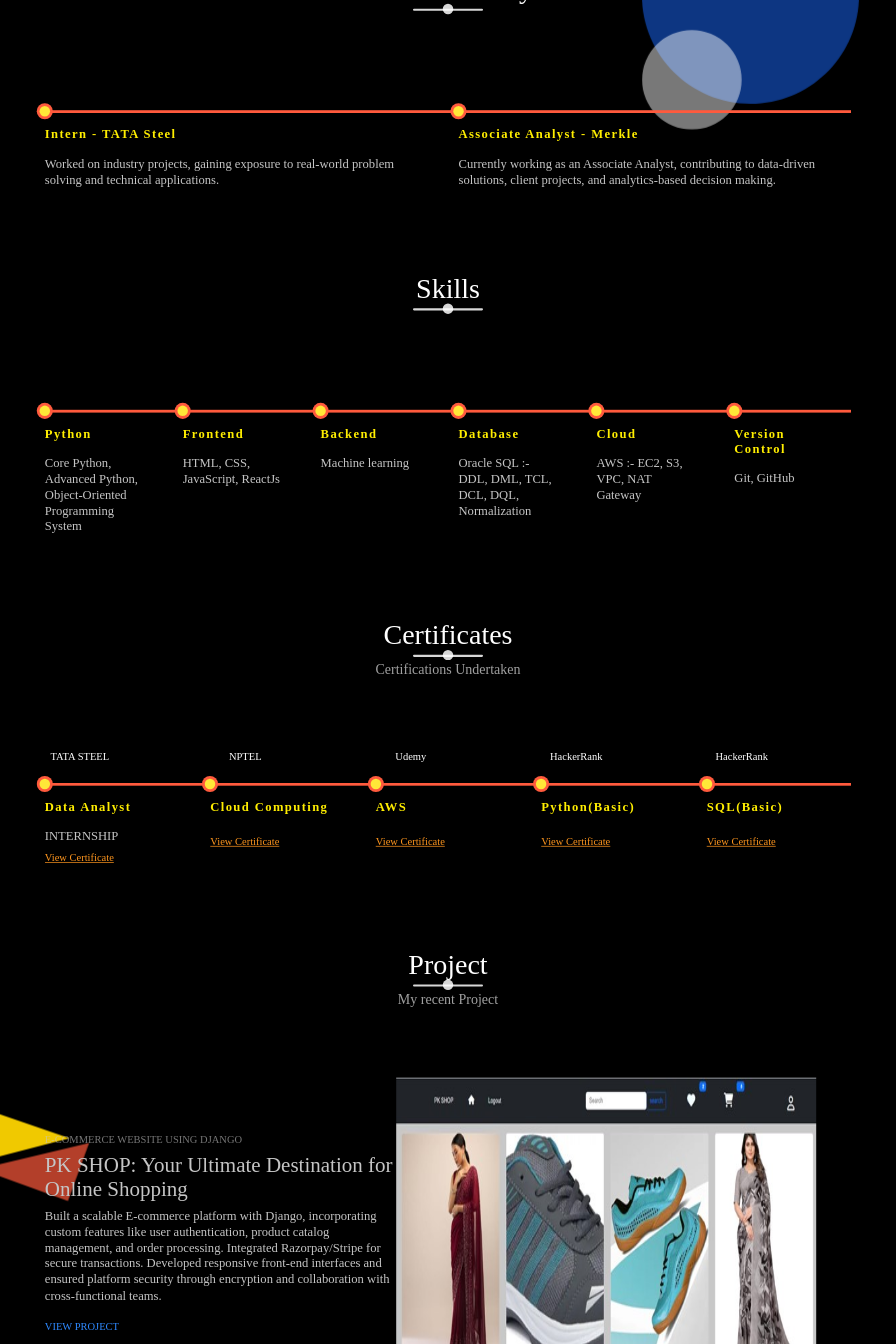
Repository: purushottam7660/Portfolio
Page: index.html
An editor plug-in stored every save of this project. The page is shown before and after the next save, followed by the edit.
The browser window is 1280 px wide. The pictures show the part of the page from y = 1308 to 3228 px (the page is 6882 px tall before and 6904 px after), at 70% of full size.
A picture or video elsewhere on the page could not be fetched, so the positions and the page height are approximate. Some web fonts or font styles are not loaded; a fallback is used.

Above is the page before, as saved 2025-08-16 13:23:54.

### index.html
<!DOCTYPE html>
<html lang="en">

<head>
    <meta charset="UTF-8">
    <meta name="viewport" content="width=device-width, initial-scale=1">

    <title>Purushottam Kumar</title>
    <link rel="stylesheet" href="https://unpkg.com/aos@next/dist/aos.css" />
    <link rel="stylesheet" href="https://use.fontawesome.com/releases/v5.7.2/css/all.css"
        integrity="sha384-fnmOCqbTlWIlj8LyTjo7mOUStjsKC4pOpQbqyi7RrhN7udi9RwhKkMHpvLbHG9Sr" crossorigin="anonymous">
    <link rel="stylesheet" href="main.css">
    <link rel='icon' href='favicon.ico' type='image/x-icon'/>
    <link href="//db.onlinewebfonts.com/c/bd317adf74e5e7e564eb61ce9926cc6d?family=Gotham" rel="stylesheet" type="text/css"/>
    <link href="//db.onlinewebfonts.com/c/9a2bc11be56851dde98c1b49302cc21a?family=Gotham+Medium" rel="stylesheet" type="text/css"/>
    <link href="//db.onlinewebfonts.com/c/0923ee644c97a87d70269aa80a6f1e79?family=The+Historia+Demo" rel="stylesheet" type="text/css"/>
    <meta name="google-site-verification" content="9P7lBLkCpxEcZAig0uq5LQzN-YUIhlLA37V1Gj3avcg" />

</head>

<body>
    <header>
        <div class="left-circ" >
                <img src="Group 1953.svg" alt="" >
            </div>
            <div class="circle-img" >
                <img src="Group 1951.svg" alt="" >
            </div>
        <div class="menu-toggler">
            <div class="bar half start"></div>
            <div class="bar"></div>
            <div class="bar half end"></div>
        </div>
        <nav class="top-nav">
            <ul class="nav-list">
                <li>
                    <a href="index.html" class="nav-link">Home</a>

                </li>
                <li>
                    <a href="#about" class="nav-link">About</a>

                </li>
                <li>
                    <a href="#services" class="nav-link">Certificates</a>

                </li>
                <li>
                    <a href="#portfolio" class="nav-link">Project</a>

                </li>
                <li>
                    <a href="#experience" class="nav-link">Education</a>

                </li>
                <li>
                    <a href="#experience" class="nav-link">Contact</a>

                </li>

            </ul>
        </nav>
        <div class="landing-text">
            <h1>Purushottam Kumar</h1>
            <h6>Associate Analyst</h6>
            <div class="scrolldown">
                <span></span>
                <span></span>
                <span></span>
            </div>
        </div>

    </header>

    <section class="about" id="about">
        <div class="container">
            <div class="profile-img" >
                <img src="./Me.jpg"  data-aos="fade-up" data-aos-delay="300ms">

            </div>
            <div class="skills-img" >
                <img src="blackball.svg" alt="" >
            </div>

            <div class="about-details" data-aos="fade-up" data-aos-delay="300ms" >
                <div class="about-heading">
                    <h1>About</h1>
                    <h6>Myself</h6>
                </div>
                <br>
                <h3> Hi! This is Purushottam Kumar. </h3>
                <br>
                <p>
                   Associate Analyst @Merkel

                    <br>
                    <br>
                    <a href="https://drive.google.com/file/d/165yn6GBqy3xRHl08g18MrKQxIV79vI6r/view?usp=sharing" class="cta" target="_blank">Checkout my Resume</a>


                </p>
                <br>

                <address>Contact me here <a href="purushottam7660@gmail.com" > purushottam7660@gmail.com </a>
                </address>

                <div class="social-media"  >
                    <ul class="nav-list"  >
                        <li>
                            <a href="https://www.linkedin.com/in/purushottam-kumar-a3a2491b3/" class="icon-link" target="_blank">
                                <i class="fab fa-linkedin"></i>
                            </a>
                        </li>
                        <li>
                            <a href="https://github.com/purushottam7660" class="icon-link" target="_blank">
                                <i class="fab fa-github-square"></i>
                            </a>
                        </li>
                        <li>
                            <a href="https://www.hackerrank.com/profile/Purushottam7660" target="_blank">
                                <i class="fab fa-hackerrank"></i>
                            </a>
                        </li>
                        <li>
                            <a href="https://www.instagram.com/purushottam115/" target="_blank">
                                <i class="fab fa-instagram"></i>
                            </a>
                        </li>
                        <li>
                            <a href="https://www.snapchat.com/add/" target="_blank">
                                <i class="fab fa-snapchat-square"></i>
                            </a>
                        </li>

                        <!-- <li>
                            <a href="https://leetcode.com/akgupta2075/" class="icon-link">
                                <i class="fab fa-behance-square"></i>
                            </a>
                        </li> -->
                        <!-- <li>
                            <a href="https://medium.com/@tejasvi_soi" class="icon-link">
                                <i class="fab fa-medium"></i>
                            </a>
                        </li> -->

                    </ul>
                </div>

            </div>

        </div>
    </section>
    <section class="career" id="career">
        <div class="container">
            <div class="section-heading">
                <h1>Career Journey</h1>
            </div>

            <div class="my-skills">
                <div class="skill" data-aos="fade-right" data-aos-delay="300ms">
                    <h3>Intern - TATA Steel</h3>
                    <p>Worked on industry projects, gaining exposure to real-world problem solving and technical
                        applications.</p>
                </div>

                <div class="skill" data-aos="fade-right" data-aos-delay="600ms">
                    <h3>Associate Analyst - Merkle</h3>
                    <p>Currently working as an Associate Analyst, contributing to data-driven solutions, client projects,
                        and analytics-based decision making.</p>
                </div>
            </div>
        </div>
    </section>



    <section class="skills" id="skills">
    <div class="container">
        <div class="section-heading">
            <h1>Skills</h1>
            <!-- <h6>My Python Full Stack Development Skills</h6> -->
        </div>

        <div class="my-skills">
            <div class="skill" data-aos="fade-right" data-aos-delay="300ms">
                <h3>Python</h3>
                <p>Core Python, Advanced Python, Object-Oriented Programming System</p>
            </div>

            <div class="skill" data-aos="fade-right" data-aos-delay="600ms">
                <h3>Frontend</h3>
                <p>HTML, CSS, JavaScript, ReactJs</p>
            </div>

            <div class="skill" data-aos="fade-right" data-aos-delay="900ms">
                <h3>Backend</h3>
                <p> Machine learning</p>
            </div>

            <div class="skill" data-aos="fade-right" data-aos-delay="1200ms">
                <h3>Database</h3>
                <p>Oracle SQL :- DDL, DML, TCL, DCL, DQL, Normalization</p>
            </div>

            <div class="skill" data-aos="fade-right" data-aos-delay="900ms">
                <h3>Cloud</h3>
                <p> AWS :- EC2, S3, VPC, NAT Gateway</p>
            </div>

            <div class="skill" data-aos="fade-right" data-aos-delay="1500ms">
                <h3>Version Control</h3>
                <p>Git, GitHub</p>
            </div>

            </div>
        </div>
    </section>


    <section class="services" id="services" >

        <div class="container">
            <div class="services-img" >
                <img src="Rectangle 5651.svg" alt="" >
            </div>
            <div class="section-heading" >
                <h1>Certificates</h1>
                <h6>Certifications Undertaken</h6>
            </div>

            <div class="my-skills" data-aos="fade-right" data-aos-delay="100ms">
                <div class="skill" data-date="TATA STEEL"  data-aos="fade-right" data-aos-delay="300ms">

                    <h3>Data Analyst</h3>
                    <p>
                        INTERNSHIP
                    </p>
                    <br>
                    <a href="https://drive.google.com/file/d/1CfXKXl8S87-Uqk5XjmIV3m66L2Rnr3qc/view?usp=sharing"class="cta">View Certificate</a>
                </div>
                <div class="skill" data-date="NPTEL" data-aos="fade-right" data-aos-delay="600ms">

                    <h3>Cloud Computing</h3>
                    <p>

                    </p>
                    <br>
                    <a href="https://drive.google.com/file/d/12JIj-hmUDqzL3e5l1pUjtZGyqBs8_5lm/view?usp=sharing" class="cta">View Certificate</a>
                </div>

                <div class="skill" data-date="Udemy" data-aos="fade-right" data-aos-delay="900ms">

                    <h3> AWS </h3>
                    <p>

                    </p>
                    <br>
                    <a href="https://drive.google.com/file/d/1rp1tauTbMgCd7x8rF2W_imO4-MThdTXQ/view?usp=sharing" class="cta">View Certificate</a>
                </div>

                <div class="skill" data-date="HackerRank" data-aos="fade-right" data-aos-delay="1200ms">

                    <h3>Python(Basic)</h3>
                    <p>

                    </p>
                    <br>
                    <a href="https://www.hackerrank.com/certificates/4d5b223e8351" class="cta" >View Certificate</a>
                </div>

                <div class="skill" data-date="HackerRank" data-aos="fade-right" data-aos-delay="1200ms">

                    <h3> SQL(Basic)</h3>
                    <p>

                    </p>
                    <br>
                    <a href="https://www.hackerrank.com/certificates/5d3e51e30cd5" class="cta">View Certificate</a>
                </div>
            </div>

            </div>
        </div>
    </section>

    <section class="portfolio" id="portfolio">
        <div class="container">
            <div class="section-heading">
                <h1>Project</h1>
                <h6>My recent Project</h6>
            </div>
            <div class="portfolio-item" data-aos="fade-in" data-aos-duration="300ms">
                <div class="portfolio-description">
                    <h6>E-commerce Website using Django</h6>
                    <h1>PK SHOP: Your Ultimate Destination for Online Shopping</h1>
                    <p>
                        Built a scalable E-commerce platform with Django, incorporating custom features like user authentication, product catalog management, and order processing. Integrated Razorpay/Stripe for secure transactions. Developed responsive front-end interfaces and ensured platform security through encryption and collaboration with cross-functional teams.                    </p>
                    <a href="https://github.com/" class="cta">View Project</a>
                </div>
                <div class="portfolio-img has-margin-right"><img src="./PK SHOP.jpg" alt="" style="height: 450px; width: 600px;"></div>
            </div>

<br>
<br>


            <div class="portfolio-item" data-aos="fade-in" data-aos-duration="300ms">
                <div class="portfolio-img has-margin-right">
                    <img src="./telecome_project.png" alt=""style="height: 450px; width: 600px;">
                </div>
                <div class="portfolio-description">
                    <h6>Python</h6>
                    <h1>Telecom Churn Estimation Using Machine Learning</h1>
                    <p> Organizations today face intense competition in delivering advanced Quality of Service (QoS) to attract customers. Implementing efficient customer relationship management systems, supported by machine learning models like support vector machines and Random Forest algorithms, proves instrumental in customer retention and overall business profitability. Addressing challenges such as customer churn and aligning consumer expectations with product performance, organizations can strategically enhance product quality, improve brand portfolio, and optimize profit-driven feature selection in data mining and machine learning. <br>

                        Our approach involves implementing a computationally inexpensive Machine Learning algorithm for extracting insights from complex data patterns, resulting in high accuracy, time savings, and low complexities. Currently, we are actively engaged in data pre-processing, including evaluating column importance, eliminating unwanted data, and addressing null values and outliers. The ongoing cross-validation process ensures the robustness of every data column.
                        </p>
                    <a href="https://github.com/purushottam7660/TELECOM-CHURN-ESTIMATION-USING-MACHINE-LEARNING" class="cta">View Project</a>
                </div>
            </div>
<br>
<br>

            <div class="portfolio-item" data-aos="fade-in" data-aos-duration="300ms">
                <div class="portfolio-description">
                    <h6>INTERNSHIP</h6>
                    <h1>RH Treatment Time Prediction</h1>
                    <p>
                        Embark on a transformative machine learning journey with RH Treatment Time Prediction, exploring algorithms like Linear Regression, Decision Trees, Random Forest, and XG Boost. Acquire expertise in data pre-processing and model building, extracting valuable insights from challenges. Uncover the potency of supervised learning to predict treatment durations and join us in translating raw data into meaningful insights. Explore the dynamic intersection of data science and artificial intelligence to predict RH treatment times, harnessing the full potential of machine learning. Unravel intricate patterns and make informed decisions for optimized treatment durations.
                    </p>
                    <a href="https://github.com/" class="cta">View Project</a>
                </div>
                <div class="portfolio-img has-margin-right"><img src="./internship.png" alt="">
                </div>
            </div>

<br>
<br>

            <div class="portfolio-item" data-aos="fade-in" data-aos-duration="300ms">
                <div class="portfolio-img has-margin-right">
                    <img src="./3_tier_project.webp" alt="" style="height: 700px; width: 700px;">
                </div>
                <div class="portfolio-description has-margin-right">
                    <h6>Cloud Computing</h6>
                    <h1>
                        Hosting a 3-Tier Web Application Architecture on Amazon Web Services (AWS)</h1>
                    <p>
                        Discover a seamlessly hosted 3-tier web application on Amazon Web Services (AWS). This project intricately integrates vital AWS elements like VPC, ALB, and EC2, focusing on scalability, cost-effectiveness, and strong data security. Immerse yourself in the forefront of web application deployment, experiencing a fusion of cutting-edge technology and strategic architecture. This initiative marks a pivotal step into the future of cloud-based solutions, showcasing simplicity, efficiency, and innovation in web development.
                    </p>
                    <a href="https://docs.google.com/document/d/1dgbV1sPptQwEVhPD0u-hDz4tcvaEAjP5/edit?usp=sharing&ouid=102923793194469586786&rtpof=true&sd=true" class="cta">View Project</a>
                </div>
            </div>


            <div class="portfolio-item" data-aos="fade-in" data-aos-duration="300ms">
                <div class="portfolio-description">
                    <h6>Cloud Computing</h6>
                    <h1>Hosting a static website using Amazon web service </h1>
                    <p>
                        This comprehensive professional training report delves into the utilization of Amazon S3 as a robust solution for static website hosting and the integration of Route 53 for effective domain management. The report culminates with a thorough examination of the successful implementation and performance analysis, underscoring key aspects such as scalability, cost reduction, and enhanced data security measures. Throughout the project, a detailed overview is provided, encompassing the intricacies of static and dynamic websites, insights into AWS architecture, and a comprehensive understanding of Domain Name System (DNS) concepts. The emphasis on operational simplicity, business requirements, and the adoption of a highly scalable, resilient, and reliable website on Amazon Web Services adds depth to the project's significance.
                    </p>
                    <a href="https://docs.google.com/document/d/1BsOcGspHFqFBEX4XXZpwkwkMEkAuJe-A/edit?usp=sharing&ouid=102923793194469586786&rtpof=true&sd=true" class="cta">View Project</a>
                </div>
                <div class="portfolio-img has-margin-right"><img src="./static_website.png" alt="">
                </div>
            </div>
        </div>

    </div>
    </section>

    <section class="experience" id="experience">
        <div class="container" >
            <div class="section-heading">
                <h1>Education</h1>
                <h6></h6>
            </div>
            <div class="timeline" >
                <ul>
                    <li class="date" data-date="June 2019-Aug 2023" data-aos="fade-up" data-aos-duration="300ms">
                        <h1><a href="https://www.sathyabama.ac.in/" class="cta">Sathyabama Institute of Science and Technology</a></h1>
                        <p>Bachelor's of Engineering in Computer Science & Engineering <br>
                            CGPA- 8.4
                        </p>
                        <br>

                    </li>
                    <li class="date" data-date="March 2018-April 2019" data-aos="fade-up" data-aos-duration="300ms">
                        <h1>Senior Secondary</h1>
                        <p><a href="https://mnpsjsr.org/" class="cta">Motilal Nehru Public School, Jamshedpur</a>
                            <br>
                            Percentage- 62.25%
                        </p>
                        <br>

                    </li>
                    <li class="date" data-date="March 2016-April 2017" data-aos="fade-up" data-aos-duration="300ms">
                        <h1>Secondary</h1>
                        <p><a href="https://mnpsjsr.org/" class="cta">Motilal Nehru Public School, Jamshedpur</a> <br>

                            Percentage- 78.40%
                        </p>
                        <br>
                    </li>
                </ul>
                <div class="contact-img" >
                    <img src="Group 1956.svg" alt="" >
                </div>
            </div>
        </div>
    </section>


<section class="contact" id="contact">
    <div class="container">
        <div class="section-heading">
            <h1>Contact</h1>
            <h6>Get in touch with me</h6>
        </div>
        <div class="contact-details" data-aos="fade-up" data-aos-delay="300ms">
            <p>
                Feel free to reach out to me for any queries or collaboration opportunities. I'm always open to new
                projects and conversations!
            </p>
            <address>
                Email: <a href="purushottam7660@gmail.com">purushottam7660@gmail.com</a>
                <br>
                Phone: <a href="tel:+1234567890">+91 6203541645</a>
                <br>
                LinkedIn: <a href="https://www.linkedin.com/in/purushottam-kumar-a3a2491b3/">Purushottam Kumar</a>
                <br>
                Instagram: <a href="https://www.instagram.com/purushottam115/">@purushottam115</a>
            </address>
        </div>
    </div>
</section>


    <footer class="copyright">
        <div class="up" id="up">
            <i class="fas fa-chevron-up"></i>
        </div>
        <p>&copy; 2024 Purushottam Kumar</p>
    </footer>
    <script src="https://ajax.googleapis.com/ajax/libs/jquery/3.3.1/jquery.min.js"></script>

    <script src="https://unpkg.com/aos@next/dist/aos.js"></script>
    <script src="main.js"></script>


</body>

</html>

Loaded but not shown: main.js (common file); main.css (1379 lines, source omitted)

After the next save:
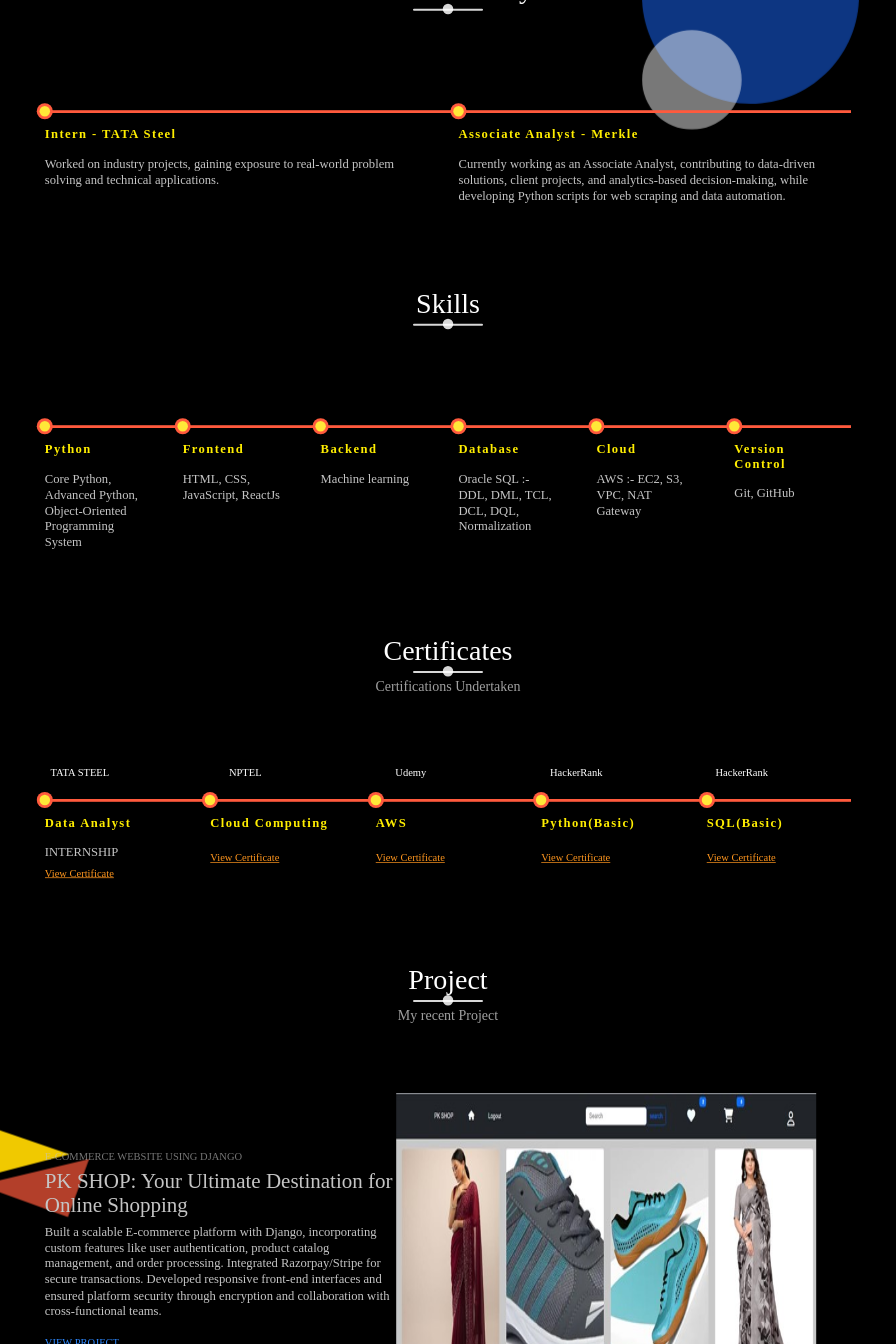
Saved 70 min 9 s later.
--- a/index.html
+++ b/index.html
@@ -165,8 +165,8 @@
 
                 <div class="skill" data-aos="fade-right" data-aos-delay="600ms">
                     <h3>Associate Analyst - Merkle</h3>
-                    <p>Currently working as an Associate Analyst, contributing to data-driven solutions, client projects,
-                        and analytics-based decision making.</p>
+                    <p>Currently working as an Associate Analyst, contributing to data-driven solutions, client projects, and analytics-based
+                    decision-making, while developing Python scripts for web scraping and data automation.</p>
                 </div>
             </div>
         </div>
